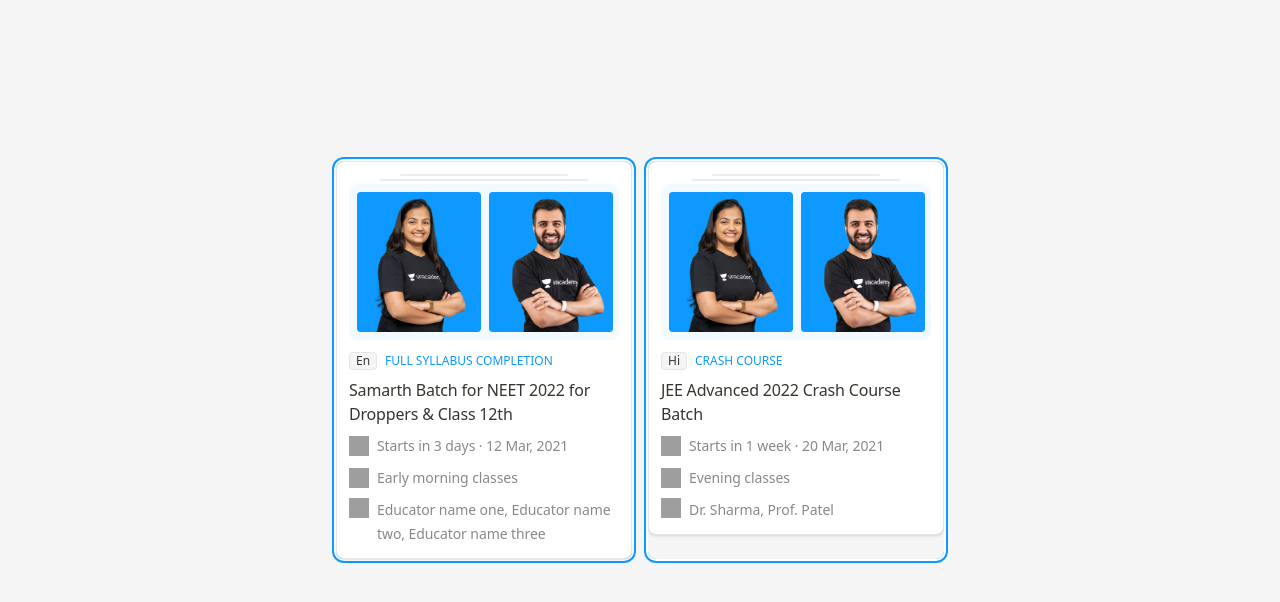
Repository: vignesh33654/resizablesidebar
Page: /
The author's editor kept a copy of each file at every save. The page is drawn from the files as they stood at one save, then again after a run of saves.
The browser window is 1280 px wide. The pictures show the whole page.
Pictures or frames that could not be fetched are drawn as grey boxes. The project was rebuilt for these pictures with package versions that can differ from the ones it lists, and the page was loaded fresh each time.

Above is the page before, as saved 2025-11-11 12:57:29.

### index.html
<!doctype html>
<html lang="en">
  <head>
    <meta charset="UTF-8" />
    <link rel="icon" type="image/svg+xml" href="/vite.svg" />
    <meta name="viewport" content="width=device-width, initial-scale=1.0" />
    <title>ai-app</title>
  </head>
  <body>
    <div id="root"></div>
    <script type="module" src="/src/main.tsx"></script>
  </body>
</html>

### src/index.css
@import "tailwindcss";

@theme {

  --font-display: "inter";

  /* Colors */
  --color-primary: #0d99ff;
  --color-secondary: #ff0000;
  --color-tertiary: #ff00ff;
  --color-disabled: #d5d5d4;
  --color-white: #ffffff;
  --color-success: #14ae5c;
  --color-failure: #f24822;
  --color-warning: #ffcd29;
  --color-Bg-0: #ffffff;
  --color-Bg-1: #f5f5f5;
  --color-Bg-2: #f1f0f1;
  --color-border-primary: #e6e6e6;
  --color-text-primary: #37352f;
  --color-text-secondary: #898986;
  --color-divider: #e9eef2;
  --color-neutral-100: #f5f5f5;

  /*text sizes*/
--text-h1: 30px;
--text-h2: 24px;
--text-h3: 20px;
--text-body-16: 16px;
--text-body-14: 14px;
--text-body-13: 13px;
--text-small-12: 12px;
--text-small-11: 11px;
--text-small-10: 10px;
}

@layer base {
  h1 {
    font-size: var(--text-h1);
    font-weight: 600;
    line-height: 40px;
    letter-spacing: -2.1%;
  }
  h2 {
    font-size: var(--text-h2);
    font-weight: 600;
    line-height: 32px;
    letter-spacing: -1.9%;
  }
  h3 {
    font-size: var(--text-h3);
    font-weight: 600;
    line-height: 32px;
    letter-spacing: -1.7%;
  }
  p {
    font-size: var(--text-body-16);
    font-weight: 400;
    line-height: 24px;
    letter-spacing: -1.1%;
  }

  /* Focus ring for accessibility */
  .focus-ring {
    @apply outline-none ring-2 ring-primary ring-offset-2 transition-shadow;
  }

  .focus-ring:focus-visible {
    @apply ring-2 ring-primary ring-offset-2;
  }
}

### src/App.tsx
import BatchCard from './components/BatchCard';

export default function App() {
  return (
    <div className="min-h-screen bg-Bg-1 flex items-center justify-center p-8">
      <div className="flex gap-4 flex-wrap justify-center max-w-[1200px]">
        <BatchCard
          language="En"
          topic="FULL SYLLABUS COMPLETION"
          title="Samarth Batch for NEET 2022 for Droppers & Class 12th"
          startDate="Starts in 3 days · 12 Mar, 2021"
          timing="Early morning classes"
          educators="Educator name one, Educator name two, Educator name three"
          href="#"
        />

        {/* Example with onClick instead of href */}
        <BatchCard
          language="Hi"
          topic="CRASH COURSE"
          title="JEE Advanced 2022 Crash Course Batch"
          startDate="Starts in 1 week · 20 Mar, 2021"
          timing="Evening classes"
          educators="Dr. Sharma, Prof. Patel"
          onClick={() => console.log('Batch clicked')}
        />
      </div>
    </div>
  )
}

### src/components/BatchCard.tsx
import educatorImg1 from '../assets/educator-1.png';
import educatorImg2 from '../assets/educator-2.png';
import calendarIcon from '../assets/icon-calendar.svg';
import clockIcon from '../assets/icon-clock.svg';
import userIcon from '../assets/icon-user.svg';

export interface BatchCardProps {
  /** Language code (e.g., "En", "Hi") */
  language?: string;
  /** Topic/category tag text */
  topic: string;
  /** Batch title */
  title: string;
  /** Start date information */
  startDate: string;
  /** Class timing information */
  timing: string;
  /** Comma-separated educator names */
  educators: string;
  /** URL to navigate to when card is clicked */
  href?: string;
  /** Optional click handler */
  onClick?: () => void;
  /** Array of educator image URLs (defaults to sample images) */
  educatorImages?: string[];
}

export default function BatchCard({
  language = "En",
  topic,
  title,
  startDate,
  timing,
  educators,
  href,
  onClick,
  educatorImages = [educatorImg1, educatorImg2],
}: BatchCardProps) {
  const CardWrapper = href ? 'a' : 'div';
  const wrapperProps = href
    ? {
        href,
        className: "block no-underline focus-ring rounded-lg transition-transform hover:scale-[1.02] active:scale-[0.98]",
        tabIndex: 0,
        'aria-label': `View batch: ${title}`
      }
    : {
        className: "block",
        ...(onClick && {
          role: "button",
          tabIndex: 0,
          onClick,
          onKeyDown: (e: React.KeyboardEvent) => {
            if (e.key === 'Enter' || e.key === ' ') {
              e.preventDefault();
              onClick();
            }
          },
          'aria-label': `View batch: ${title}`,
          className: "block cursor-pointer focus-ring rounded-lg transition-transform hover:scale-[1.02] active:scale-[0.98]"
        })
      };

  return (
    <CardWrapper {...(wrapperProps as any)}>
      <article
        className="flex flex-col gap-3 p-3 bg-Bg-0 rounded-lg border border-border-primary shadow-sm w-[296px]"
        aria-label="Batch information card"
      >
        {/* Thumbnail Section */}
        <div className="flex flex-col gap-[3px] items-center">
          {/* Loading skeleton bars */}
          <div className="bg-divider h-[2px] rounded-[20px] w-[168px]" aria-hidden="true" />
          <div className="bg-divider h-[2px] rounded-[20px] w-[208px]" aria-hidden="true" />

          {/* Educator Images */}
          <div
            className="bg-primary/5 flex gap-2 p-2 rounded-lg w-full h-[156px]"
            role="img"
            aria-label={`Educators for ${title}`}
          >
            {educatorImages.slice(0, 2).map((img, idx) => (
              <div
                key={idx}
                className="bg-primary h-[140px] w-[124px] rounded-[3.676px] overflow-hidden relative flex-shrink-0"
              >
                <img
                  src={img}
                  alt={`Educator ${idx + 1}`}
                  className="w-full h-full object-cover"
                />
              </div>
            ))}
          </div>
        </div>

        {/* Content Section */}
        <div className="flex flex-col gap-2 w-full">
          {/* Language + Topic Tag */}
          <div className="flex gap-2 items-center">
            <span
              className="bg-neutral-100 border border-border-primary text-text-primary text-[12px] leading-4 px-1.5 py-0.5 rounded inline-flex items-center justify-center h-[18px] min-w-[26px]"
              aria-label={`Language: ${language}`}
            >
              {language}
            </span>
            <span
              className="text-primary text-[12px] leading-4 font-normal flex-1 min-w-0"
              aria-label={`Topic: ${topic}`}
            >
              {topic}
            </span>
          </div>

          {/* Meta Information */}
          <div className="flex flex-col gap-2">
            {/* Title */}
            <h3 className="text-text-primary text-[16px] leading-6 font-normal tracking-[-0.011em] m-0">
              {title}
            </h3>

            {/* Start Date */}
            <div className="flex gap-2 items-center">
              <div className="image-placeholder w-5 h-5 flex-shrink-0" aria-hidden="true">
                <img src={calendarIcon} alt="" className="w-full h-full" />
              </div>
              <p className="text-text-secondary text-[14px] leading-6 font-normal tracking-[-0.006em] flex-1 min-w-0 m-0">
                {startDate}
              </p>
            </div>

            {/* Timing */}
            <div className="flex gap-2 items-center">
              <div className="image-placeholder w-5 h-5 flex-shrink-0" aria-hidden="true">
                <img src={clockIcon} alt="" className="w-full h-full" />
              </div>
              <p className="text-text-secondary text-[14px] leading-6 font-normal tracking-[-0.006em] flex-1 min-w-0 m-0">
                {timing}
              </p>
            </div>

            {/* Educators */}
            <div className="flex gap-2 items-start">
              <div className="image-placeholder w-5 h-5 flex-shrink-0" aria-hidden="true">
                <img src={userIcon} alt="" className="w-full h-full" />
              </div>
              <p className="text-text-secondary text-[14px] leading-6 font-normal tracking-[-0.006em] flex-1 min-w-0 m-0">
                {educators}
              </p>
            </div>
          </div>
        </div>
      </article>
    </CardWrapper>
  );
}

Loaded but not shown: src/main.tsx (common file)

After the next 3 saves:
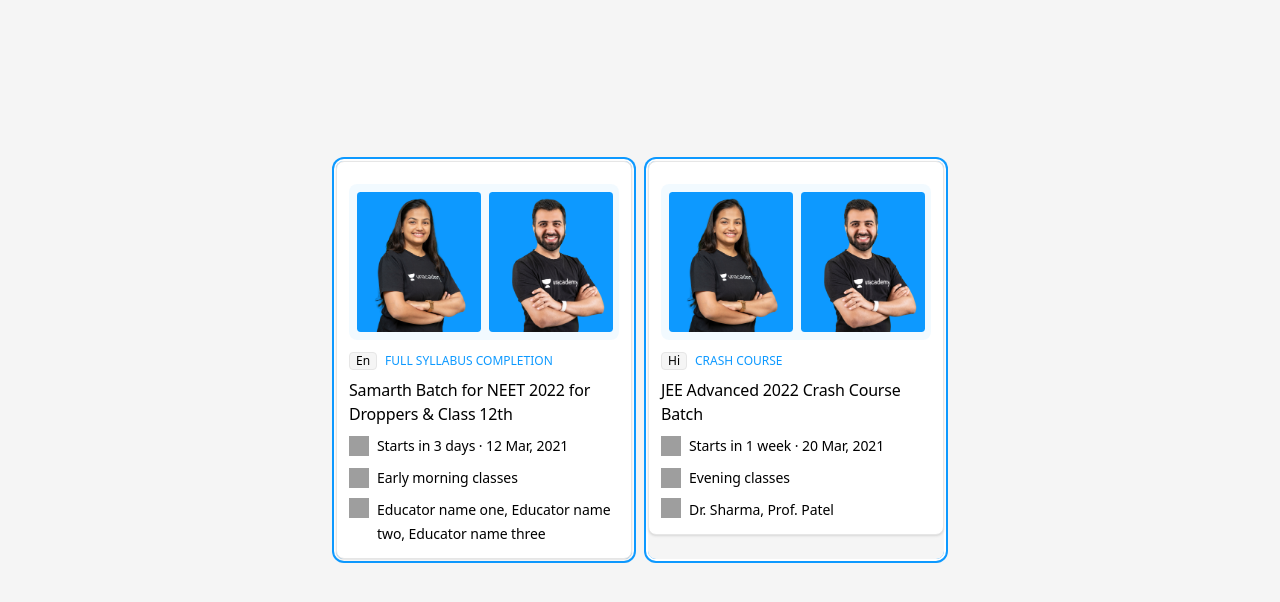
The 3 saves are shown as one change because they came seconds apart.
The last was saved 13 s later.
--- a/src/index.css
+++ b/src/index.css
@@ -5,22 +5,19 @@
   --font-display: "inter";
 
   /* Colors */
-  --color-primary: #0d99ff;
+  --color-primary: #37352f;
   --color-secondary: #ff0000;
   --color-tertiary: #ff00ff;
   --color-disabled: #d5d5d4;
   --color-white: #ffffff;
+  --color-primary: #0d99ff;
   --color-success: #14ae5c;
   --color-failure: #f24822;
   --color-warning: #ffcd29;
   --color-Bg-0: #ffffff;
   --color-Bg-1: #f5f5f5;
   --color-Bg-2: #f1f0f1;
-  --color-border-primary: #e6e6e6;
-  --color-text-primary: #37352f;
-  --color-text-secondary: #898986;
-  --color-divider: #e9eef2;
-  --color-neutral-100: #f5f5f5;
+  --color-border-primary:#e6e6e6;
 
   /*text sizes*/
 --text-h1: 30px;

After the save that followed:
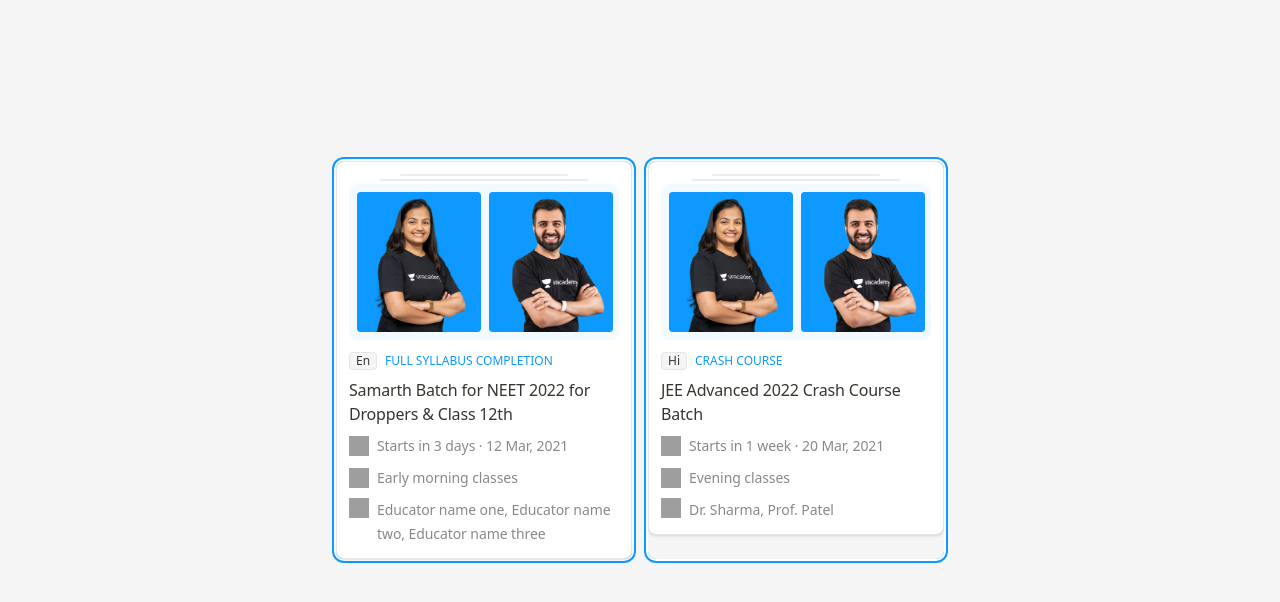
Saved 78 s later.
--- a/src/index.css
+++ b/src/index.css
@@ -5,19 +5,22 @@
   --font-display: "inter";
 
   /* Colors */
-  --color-primary: #37352f;
+  --color-primary: #0d99ff;
   --color-secondary: #ff0000;
   --color-tertiary: #ff00ff;
   --color-disabled: #d5d5d4;
   --color-white: #ffffff;
-  --color-primary: #0d99ff;
   --color-success: #14ae5c;
   --color-failure: #f24822;
   --color-warning: #ffcd29;
   --color-Bg-0: #ffffff;
   --color-Bg-1: #f5f5f5;
   --color-Bg-2: #f1f0f1;
-  --color-border-primary:#e6e6e6;
+  --color-border-primary: #e6e6e6;
+  --color-text-primary: #37352f;
+  --color-text-secondary: #898986;
+  --color-divider: #e9eef2;
+  --color-neutral-100: #f5f5f5;
 
   /*text sizes*/
 --text-h1: 30px;
